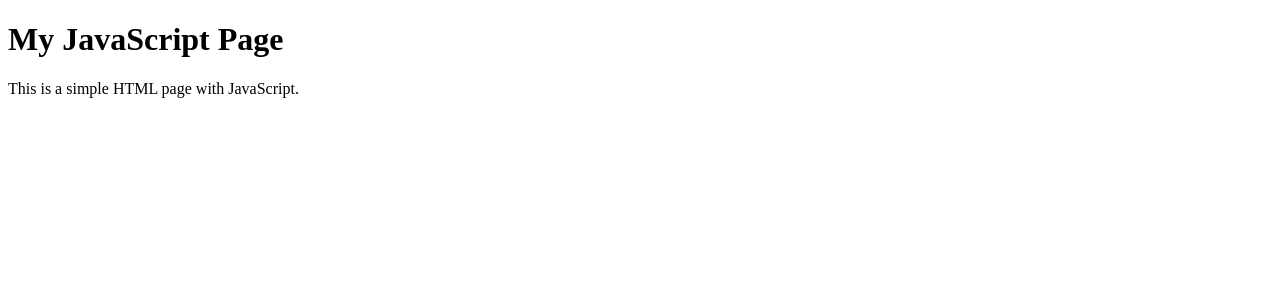
Repository: ruzni-dev/My-Practice
Page: 11.1-javaScript/index.html
The author's editor kept a copy of each file at every save. The page is drawn from the files as they stood at one save, then again after the next save.
The browser window is 1280 px wide. The pictures show the whole page.

Above is the page before, as saved 2026-06-08 20:53:14.

After the next save:
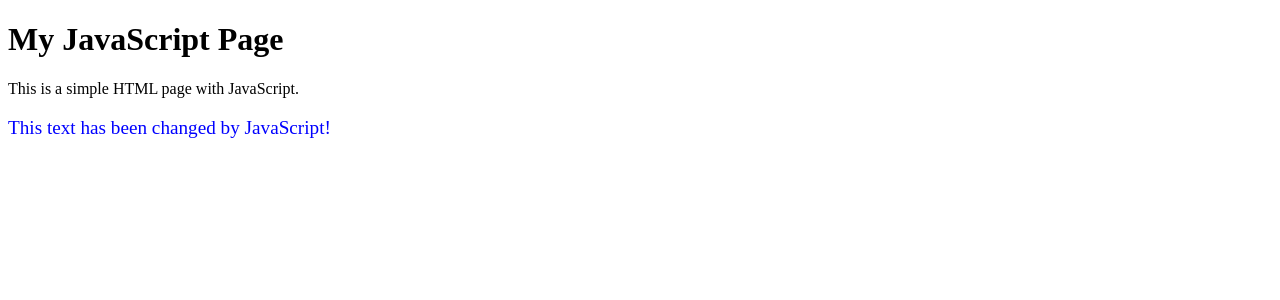
Saved 12 min 32 s later.
--- a/11.1-javaScript/index.html
+++ b/11.1-javaScript/index.html
@@ -8,10 +8,16 @@
 <body>
     <h1>My JavaScript Page</h1>
     <p>This is a simple HTML page with JavaScript.</p>
+    <p class="class-1">Open the console to see the message from JavaScript.</p>
 
     <script>
         // This is a JavaScript comment
         console.log("Hello, World!");
+        // You can also manipulate the DOM
+        const element = document.querySelector('.class-1');
+        element.style.color = "blue";
+        element.style.fontSize = "1.2em";
+        element.textContent = "This text has been changed by JavaScript!";
     </script>
 </body>
 </html>
